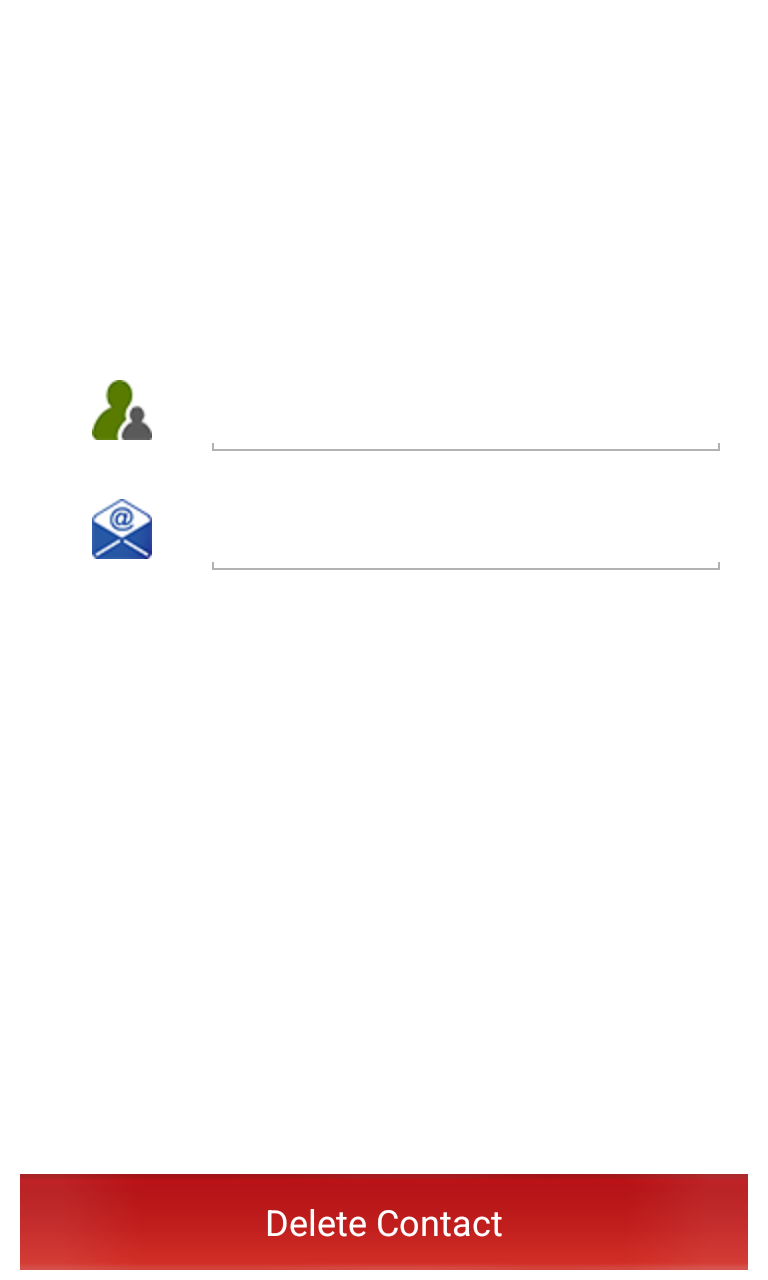
Repository: GitDidNotExitCleanly/FaceLabel
Layout: FaceLabel/res/layout/fragment_member_edit.xml
The author's editor kept a copy of each file at every save. The layout is drawn from the files as they stood at one save, then again after the next save.
It is drawn on a 768 x 1280 px phone screen (xhdpi) without system bars, with theme AppTheme; the app's code is not run.

Above is the layout before, as saved 2015-05-12 13:55:38.

### FaceLabel/res/layout/fragment_member_edit.xml
<RelativeLayout xmlns:android="http://schemas.android.com/apk/res/android"
    xmlns:tools="http://schemas.android.com/tools"
    android:layout_width="match_parent"
    android:layout_height="match_parent"
    android:paddingLeft="10dp"
    android:paddingRight="10dp"
    android:paddingBottom="5dp"
    android:gravity="center"
    android:orientation="vertical"
    tools:context="com.facelabel.contacts.member.MemberEditFragment" >

    <ImageView
        android:id="@+id/activity_member_photo_edit"
        android:layout_width="100dp"
        android:layout_height="100dp"
        android:layout_alignParentTop="true"
        android:layout_centerHorizontal="true"
        android:layout_marginTop="30dp"
        android:scaleType="fitXY" />

    <LinearLayout
        android:layout_width="match_parent"
        android:layout_height="wrap_content"
        android:layout_below="@id/activity_member_photo_edit"
        android:layout_centerHorizontal="true"
        android:gravity="center"
        android:orientation="vertical"
        android:paddingTop="50dp" >

        <LinearLayout
            android:layout_width="match_parent"
            android:layout_height="wrap_content"
            android:layout_marginBottom="10dp"
            android:layout_marginTop="10dp"
            android:layout_weight="1"
            android:paddingLeft="10dp"
            android:paddingRight="10dp" >

            <ImageView
                android:layout_width="wrap_content"
                android:layout_height="wrap_content"
                android:layout_weight="1"
                android:src="@drawable/member_name" />

            <EditText
                android:id="@+id/activity_member_name_edit"
                android:layout_width="wrap_content"
                android:layout_height="wrap_content"
                android:layout_weight="1"
                android:ems="10"
                android:inputType="textPersonName"
                android:maxLength="15" />
        </LinearLayout>

        <LinearLayout
            android:layout_width="match_parent"
            android:layout_height="wrap_content"
            android:layout_marginBottom="10dp"
            android:layout_marginTop="10dp"
            android:layout_weight="1"
            android:paddingLeft="10dp"
            android:paddingRight="10dp" >

            <ImageView
                android:layout_width="wrap_content"
                android:layout_height="wrap_content"
                android:layout_weight="1"
                android:src="@drawable/member_email" />

            <EditText
                android:id="@+id/activity_member_email_edit"
                android:layout_width="wrap_content"
                android:layout_height="wrap_content"
                android:layout_weight="1"
                android:ems="10"
                android:inputType="textEmailAddress"
                android:maxLength="30" />
        </LinearLayout>
    </LinearLayout>

    <Button
        android:id="@+id/activity_member_delete"
        android:layout_width="match_parent"
        android:layout_height="wrap_content"
        android:layout_alignParentBottom="true"
        android:layout_centerHorizontal="true"
        android:background="@drawable/delete_button_effect"
        android:text="Delete Contact"
        android:textColor="#fff" />

</RelativeLayout>

<LinearLayout xmlns:android="http://schemas.android.com/apk/res/android"
    xmlns:tools="http://schemas.android.com/tools"
    android:layout_width="match_parent"
    android:layout_height="match_parent"
    android:gravity="center"
    android:orientation="vertical"
    android:paddingLeft="20dp"
    android:paddingRight="20dp"
    tools:context="com.facelabel.contacts.member.MemberEditFragment" >

    <LinearLayout
        android:layout_width="match_parent"
        android:layout_height="wrap_content"
        android:layout_marginTop="20dp"
        android:layout_marginBottom="40dp"
        android:gravity="center" >

        <RelativeLayout
            android:layout_width="60dp"
            android:layout_height="60dp" >

            <ImageView
                android:id="@+id/activity_member_photo_edit"
                android:layout_width="60dp"
                android:layout_height="60dp"
                android:scaleType="fitXY" />

            <LinearLayout
                android:layout_width="match_parent"
                android:layout_height="15dp"
                android:layout_alignParentBottom="true"
                android:layout_centerHorizontal="true"
                android:background="#000"
                android:gravity="center" >

                <TextView
                    android:layout_width="wrap_content"
                    android:layout_height="wrap_content"
                    android:text="Edit"
   					android:layout_weight="1"
   					android:gravity="center"
                    android:textColor="#fff" />

            </LinearLayout>

        </RelativeLayout>

        <EditText
            android:id="@+id/activity_member_name_edit"
            android:layout_width="match_parent"
            android:layout_height="wrap_content"
            android:paddingLeft="20dp"
            android:textSize="30sp"
            android:layout_weight="1"
            android:ems="10"
            android:inputType="textPersonName" >

            <requestFocus />
        </EditText>

    </LinearLayout>


    <LinearLayout
        android:layout_width="match_parent"
        android:layout_height="wrap_content"
        android:layout_weight="1"
        android:orientation="vertical" >

        <TextView
            android:layout_width="wrap_content"
            android:layout_height="wrap_content"
            android:text="PHONE"
            android:textStyle="bold"
            android:textColor="#2E3192"
            android:textSize="20sp" />

       	<View
			android:layout_width="fill_parent"
			android:layout_height="1dp"
			android:layout_marginTop="5dp"
			android:layout_marginBottom="10dp"
			android:background="#2E3192"/>

       	<LinearLayout
       	    android:layout_width="match_parent"
       	    android:layout_height="0dp"
       	    android:layout_weight="1"
       	    android:orientation="vertical" >

				<EditText
				    android:id="@+id/fragment_person_info_edit_phone"
				    android:layout_width="match_parent"
				    android:layout_height="wrap_content"
				    android:ems="10"
				    android:textSize="20sp"
				    android:inputType="phone" />

       		    <TextView
       		        android:layout_width="wrap_content"
       		        android:layout_height="wrap_content"
       		        android:layout_marginBottom="10dp"
       		        android:layout_marginTop="10dp"
       		        android:text="Mobile"
       		        android:textColor="#C6C6C6"
       		        android:textSize="20sp" />

       	</LinearLayout>

    </LinearLayout>

    <LinearLayout
        android:layout_width="match_parent"
        android:layout_height="wrap_content"
        android:layout_weight="1"
        android:orientation="vertical" >

        <TextView
            android:layout_width="wrap_content"
            android:layout_height="wrap_content"
            android:text="EMAIL"
            android:textStyle="bold"
            android:textColor="#2E3192"
            android:textSize="20sp" />

        <View
			android:layout_width="fill_parent"
			android:layout_height="1dp"
			android:layout_marginTop="5dp"
			android:layout_marginBottom="10dp"
			android:background="#2E3192"/>

       	<LinearLayout
            android:layout_width="match_parent"
            android:layout_height="wrap_content"
            android:orientation="vertical" >

       		<EditText
       		    android:id="@+id/fragment_person_info_edit_email"
       		    android:layout_width="match_parent"
       		    android:layout_height="wrap_content"
       		    android:ems="10"
       		    android:textSize="20sp"
       		    android:inputType="textEmailAddress" />

            <TextView
                android:layout_width="wrap_content"
                android:layout_height="wrap_content"
                android:layout_marginTop="10dp"
                android:layout_marginBottom="10dp"
                android:textColor="#C6C6C6"
                android:text="Work"
                android:textSize="20sp" />

        </LinearLayout>

    </LinearLayout>

    <Button
        android:id="@+id/fragment_person_info_edit_delete"
        android:layout_width="match_parent"
        android:layout_height="wrap_content"
        android:layout_marginTop="5dp"
        android:layout_marginBottom="5dp"
        android:background="@drawable/delete_button_effect"
        android:textColor="#fff"
        android:text="Delete Contact" />

	<RelativeLayout
        android:id="@+id/edit_popup_background"
        android:layout_width="match_parent"
        android:layout_height="wrap_content" >
    </RelativeLayout>

</LinearLayout>

### FaceLabel/res/values/styles.xml
<resources>

    <!--
        Base application theme, dependent on API level. This theme is replaced
        by AppBaseTheme from res/values-vXX/styles.xml on newer devices.
    -->
    <style name="AppBaseTheme" parent="android:Theme.Light">
        <!--
            Theme customizations available in newer API levels can go in
            res/values-vXX/styles.xml, while customizations related to
            backward-compatibility can go here.
        -->
    </style>

    <!-- Application theme. -->
    <style name="AppTheme" parent="AppBaseTheme">
        <!-- All customizations that are NOT specific to a particular API-level can go here. -->
    </style>

    <style name="PopupMenuAnimation" parent="android:Animation">
        <item name="android:windowEnterAnimation">@anim/slide_up_dialog</item>
        <item name="android:windowExitAnimation">@anim/slide_out_down</item>
	</style>

</resources>

### FaceLabel/res/drawable-mdpi/delete_button_effect.xml
<?xml version="1.0" encoding="utf-8"?>
<selector xmlns:android="http://schemas.android.com/apk/res/android" >
    <item android:state_pressed="false" android:drawable="@drawable/button_delete" />
    <item android:state_pressed="true" android:drawable="@drawable/button_delete_pressed" />
    <item android:drawable="@drawable/button_delete" />
</selector>

Loaded but not shown: FaceLabel/res/values-v11/styles.xml (common file); FaceLabel/res/values-v14/styles.xml (common file)

After the next save:
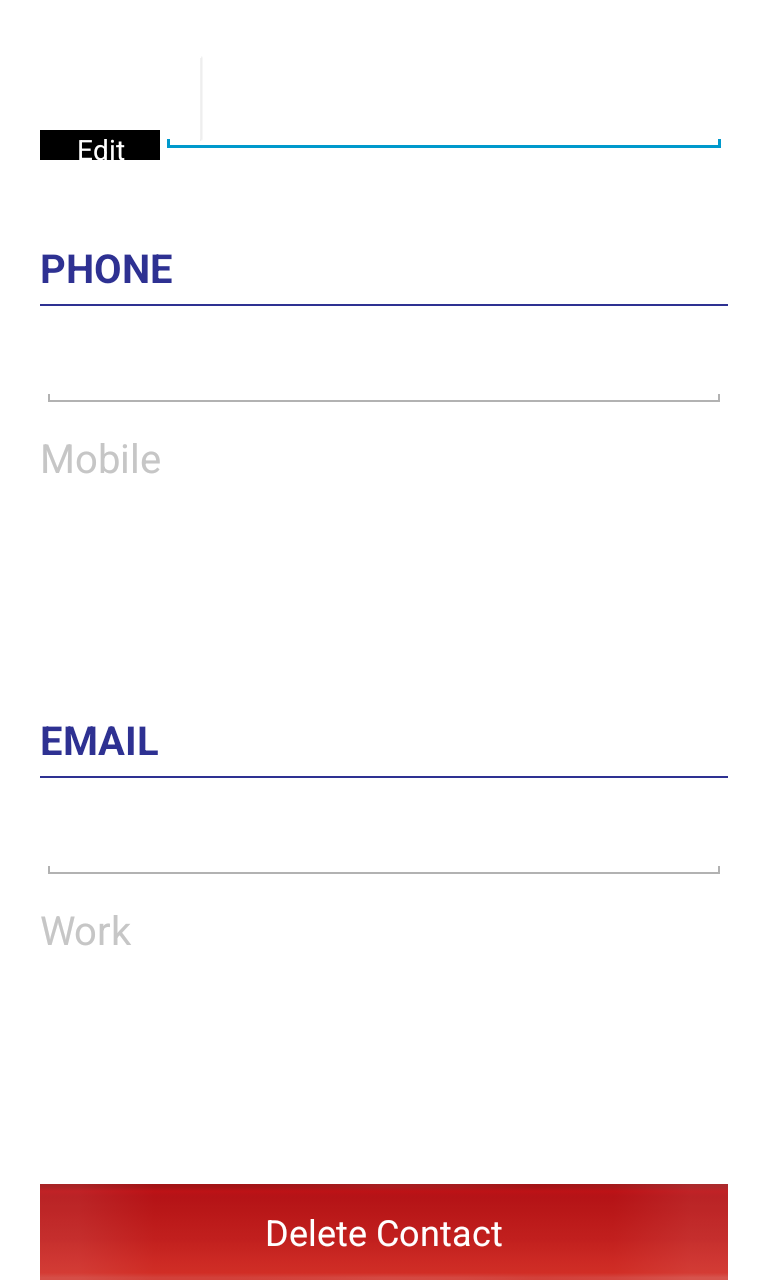
Saved 114 s later.
--- a/FaceLabel/res/layout/fragment_member_edit.xml
+++ b/FaceLabel/res/layout/fragment_member_edit.xml
@@ -1,95 +1,3 @@
-<RelativeLayout xmlns:android="http://schemas.android.com/apk/res/android"
-    xmlns:tools="http://schemas.android.com/tools"
-    android:layout_width="match_parent"
-    android:layout_height="match_parent"
-    android:paddingLeft="10dp"
-    android:paddingRight="10dp"
-    android:paddingBottom="5dp"
-    android:gravity="center"
-    android:orientation="vertical"
-    tools:context="com.facelabel.contacts.member.MemberEditFragment" >
-
-    <ImageView
-        android:id="@+id/activity_member_photo_edit"
-        android:layout_width="100dp"
-        android:layout_height="100dp"
-        android:layout_alignParentTop="true"
-        android:layout_centerHorizontal="true"
-        android:layout_marginTop="30dp"
-        android:scaleType="fitXY" />
-
-    <LinearLayout
-        android:layout_width="match_parent"
-        android:layout_height="wrap_content"
-        android:layout_below="@id/activity_member_photo_edit"
-        android:layout_centerHorizontal="true"
-        android:gravity="center"
-        android:orientation="vertical"
-        android:paddingTop="50dp" >
-
-        <LinearLayout
-            android:layout_width="match_parent"
-            android:layout_height="wrap_content"
-            android:layout_marginBottom="10dp"
-            android:layout_marginTop="10dp"
-            android:layout_weight="1"
-            android:paddingLeft="10dp"
-            android:paddingRight="10dp" >
-
-            <ImageView
-                android:layout_width="wrap_content"
-                android:layout_height="wrap_content"
-                android:layout_weight="1"
-                android:src="@drawable/member_name" />
-
-            <EditText
-                android:id="@+id/activity_member_name_edit"
-                android:layout_width="wrap_content"
-                android:layout_height="wrap_content"
-                android:layout_weight="1"
-                android:ems="10"
-                android:inputType="textPersonName"
-                android:maxLength="15" />
-        </LinearLayout>
-
-        <LinearLayout
-            android:layout_width="match_parent"
-            android:layout_height="wrap_content"
-            android:layout_marginBottom="10dp"
-            android:layout_marginTop="10dp"
-            android:layout_weight="1"
-            android:paddingLeft="10dp"
-            android:paddingRight="10dp" >
-
-            <ImageView
-                android:layout_width="wrap_content"
-                android:layout_height="wrap_content"
-                android:layout_weight="1"
-                android:src="@drawable/member_email" />
-
-            <EditText
-                android:id="@+id/activity_member_email_edit"
-                android:layout_width="wrap_content"
-                android:layout_height="wrap_content"
-                android:layout_weight="1"
-                android:ems="10"
-                android:inputType="textEmailAddress"
-                android:maxLength="30" />
-        </LinearLayout>
-    </LinearLayout>
-
-    <Button
-        android:id="@+id/activity_member_delete"
-        android:layout_width="match_parent"
-        android:layout_height="wrap_content"
-        android:layout_alignParentBottom="true"
-        android:layout_centerHorizontal="true"
-        android:background="@drawable/delete_button_effect"
-        android:text="Delete Contact"
-        android:textColor="#fff" />
-
-</RelativeLayout>
-
 <LinearLayout xmlns:android="http://schemas.android.com/apk/res/android"
     xmlns:tools="http://schemas.android.com/tools"
     android:layout_width="match_parent"
@@ -181,7 +89,7 @@
        	    android:orientation="vertical" >
 
 				<EditText
-				    android:id="@+id/fragment_person_info_edit_phone"
+				    android:id="@+id/activity_member_phone_edit"
 				    android:layout_width="match_parent"
 				    android:layout_height="wrap_content"
 				    android:ems="10"
@@ -228,7 +136,7 @@
             android:orientation="vertical" >
 
        		<EditText
-       		    android:id="@+id/fragment_person_info_edit_email"
+       		    android:id="@+id/activity_member_email_edit"
        		    android:layout_width="match_parent"
        		    android:layout_height="wrap_content"
        		    android:ems="10"
@@ -249,19 +157,13 @@
     </LinearLayout>
 
     <Button
-        android:id="@+id/fragment_person_info_edit_delete"
+        android:id="@+id/activity_member_delete"
         android:layout_width="match_parent"
         android:layout_height="wrap_content"
-        android:layout_marginTop="5dp"
-        android:layout_marginBottom="5dp"
+        android:layout_alignParentBottom="true"
+        android:layout_centerHorizontal="true"
         android:background="@drawable/delete_button_effect"
-        android:textColor="#fff"
-        android:text="Delete Contact" />
-
-	<RelativeLayout
-        android:id="@+id/edit_popup_background"
-        android:layout_width="match_parent"
-        android:layout_height="wrap_content" >
-    </RelativeLayout>
+        android:text="Delete Contact"
+        android:textColor="#fff" />
 
 </LinearLayout>
